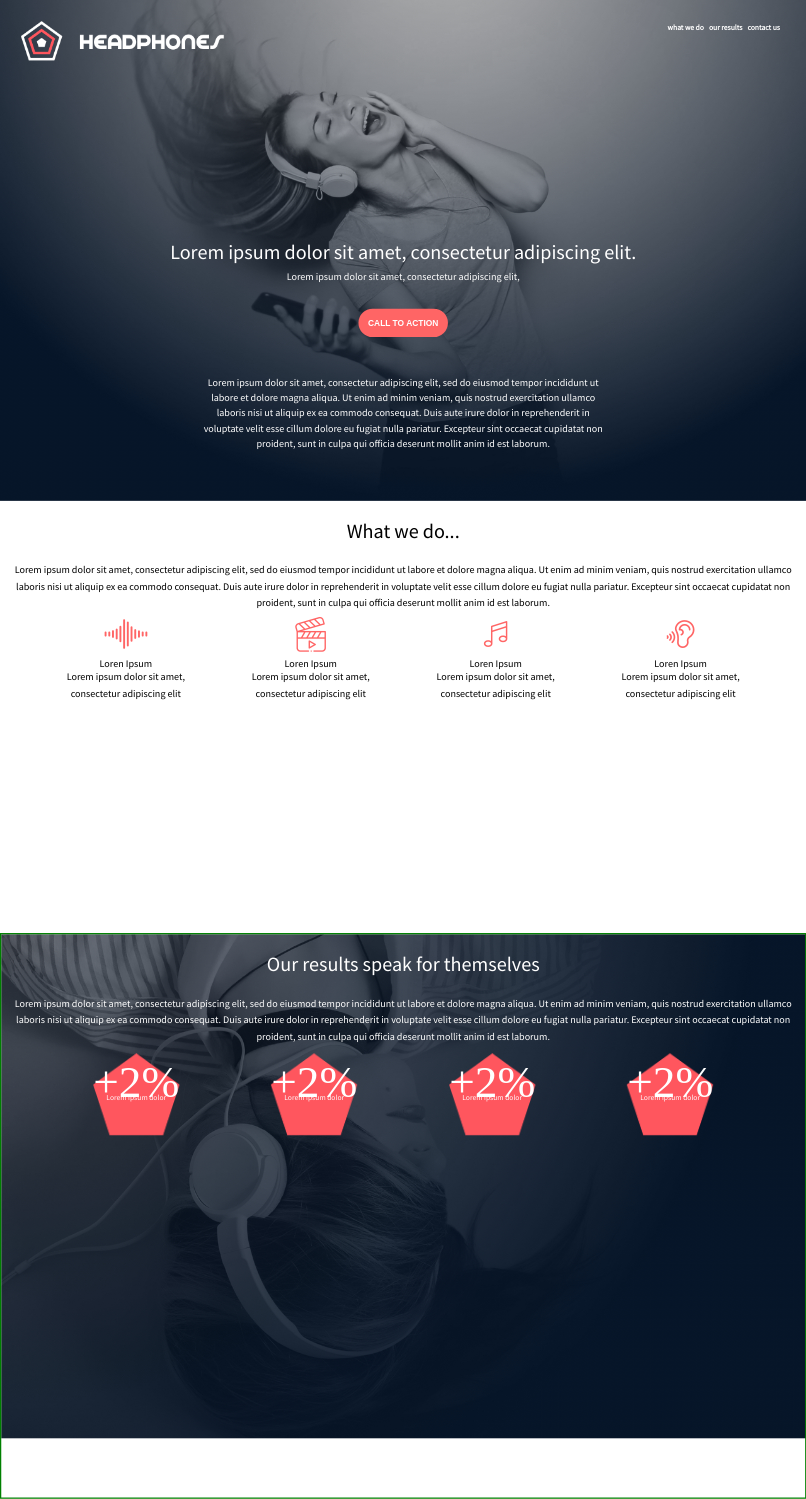
Repository: seleniadelgado/holbertonschool-web_front_end
Page: 0x09-implement_a_design_from_scratch/2-index.html
These files come from the project's save history. The page is drawn as it stood at one moment and after the next save; the edit follows.
The browser window is 1280 px wide. The pictures show the whole page, at 63% of full size.

Above is the page before, as saved 2020-03-23 12:39:30.

After the next save:
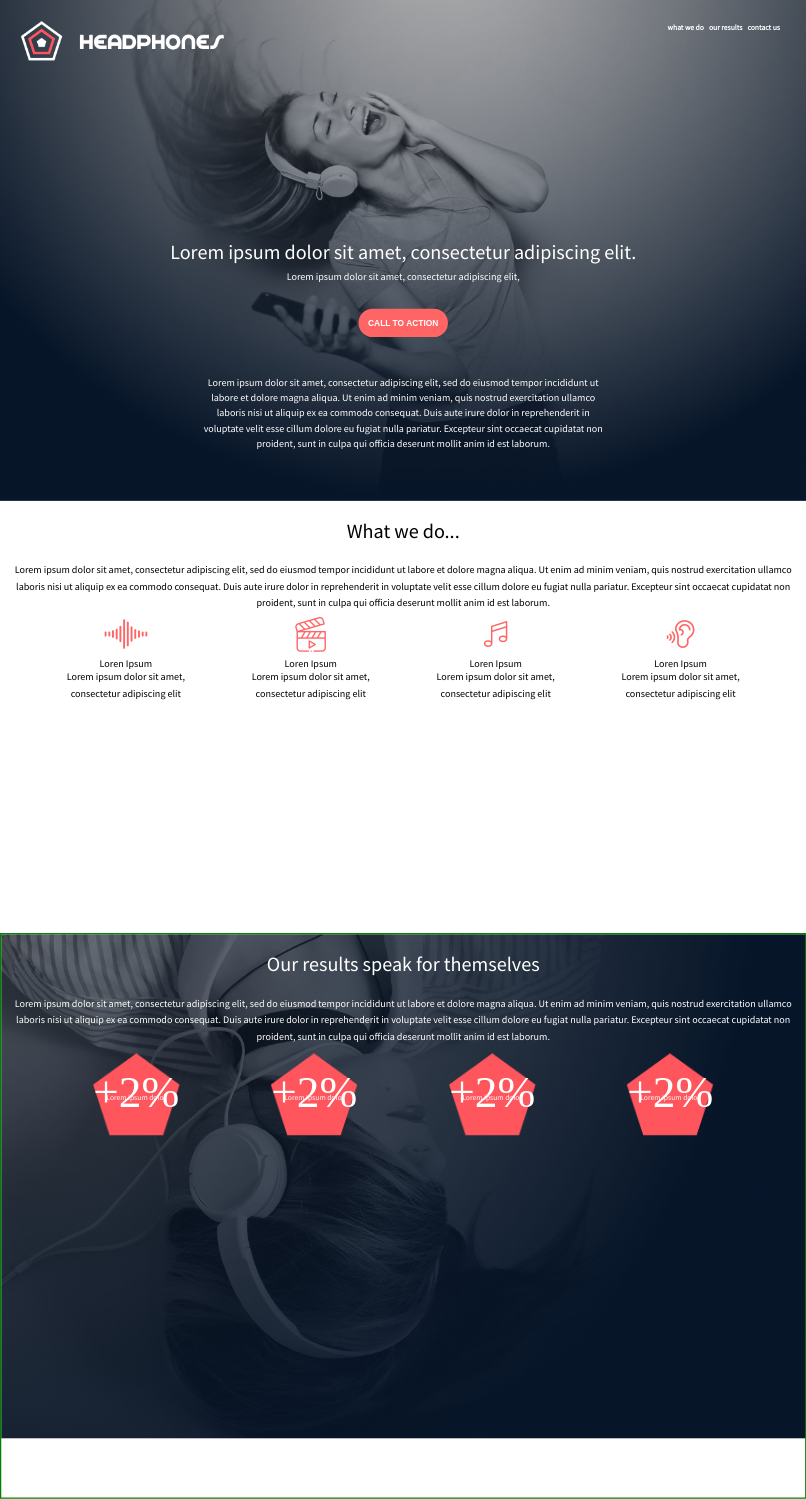
Saved 4 s later.
--- a/0x09-implement_a_design_from_scratch/2-styles.css
+++ b/0x09-implement_a_design_from_scratch/2-styles.css
@@ -338,7 +338,7 @@ a:hover, a:active {
 #our-results .grid .component h2 {
     font-size: var(--font-size-xl);
     position: relative;
-    top: 15%;
+    top: 25%;
 }
 #our-results .grid .component p {
     position: relative;
